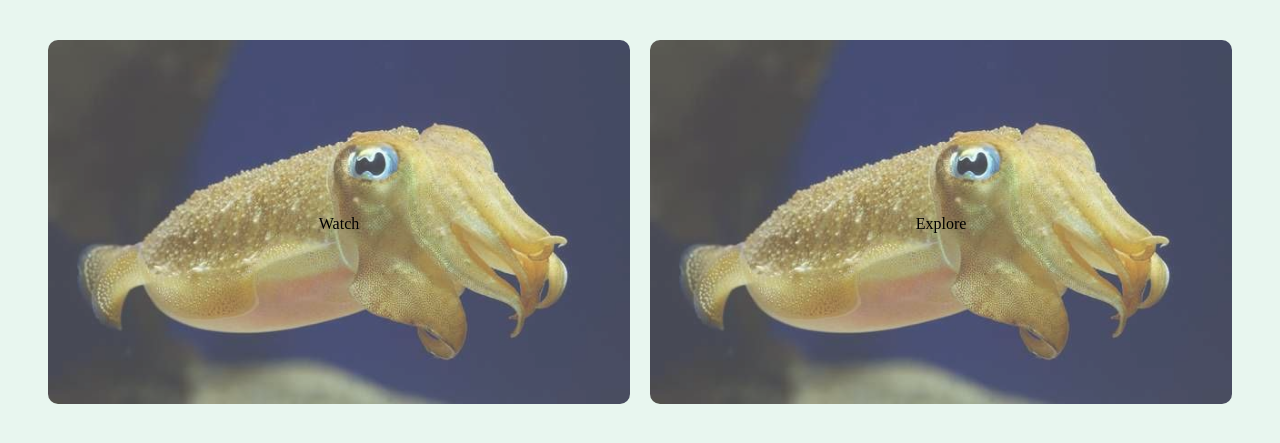
Repository: neomort/comm-lab-vid-site
Page: index.html
These files come from the project's save history. The page is drawn as it stood at one moment and after the next save; the edit follows.
The browser window is 1280 px wide. The pictures show the whole page.

Above is the page before, as saved 2021-09-12 21:25:07.

After the next save:
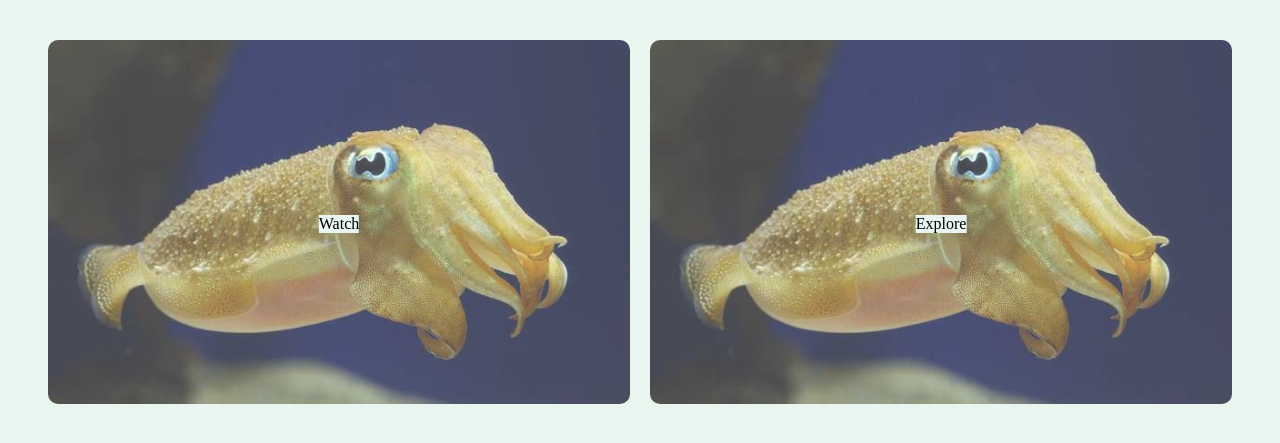
Saved 20 s later.
--- a/index.html
+++ b/index.html
@@ -12,11 +12,11 @@
       <div class="row">
         <div class="column container">
           <a href="https://www.youtube.com/watch?v=O3Jf4U1E7Jc"><img class="image-1" src="images/cuddle.jpg" /></a>
-          <div class="centered-text ">Watch</div>
+          <div class="centered-text text-light">Watch</div>
         </div>
         <div class="column-2 container">
           <a href="https://www.youtube.com/watch?v=O3Jf4U1E7Jc"><img class="image-1" src="images/cuddle.jpg" /></a>
-          <div class="centered-text ">Explore</div>
+          <div class="centered-text text-light">Explore</div>
         </div>
       </div>
 

After the save that followed:
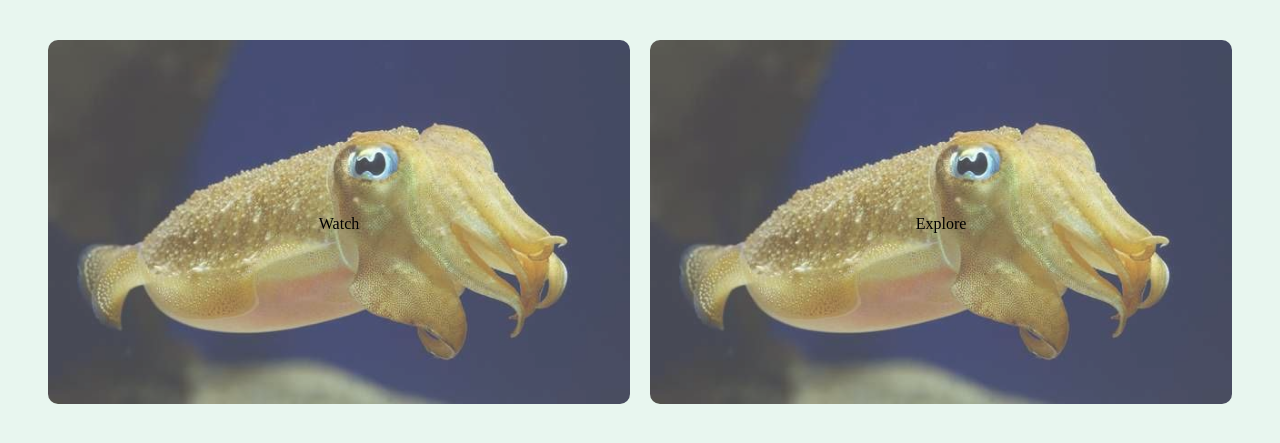
Saved 34 s later.
--- a/css/styles.css
+++ b/css/styles.css
@@ -22,7 +22,7 @@
 
 .text-light {
   /* Light */
-  background: #E8F6EF;
+  text-decoration: #E8F6EF;
 }
 
 .text-dark {
